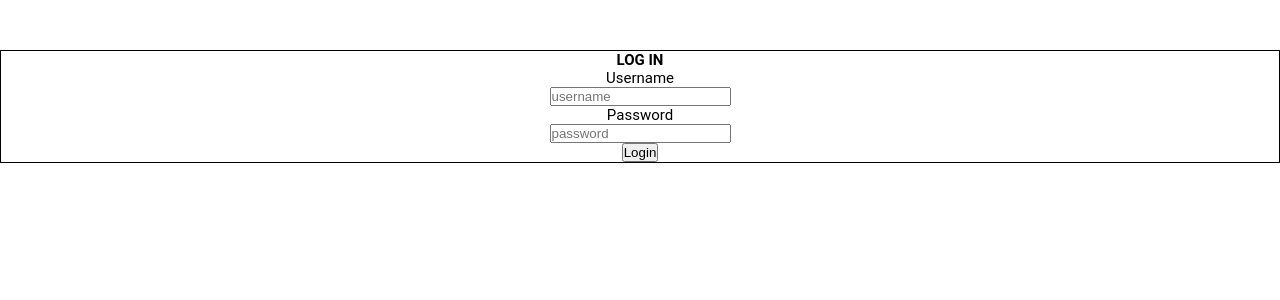
Repository: huyna1707/learning-git
Page: index.html
These files come from the project's save history. The page is drawn as it stood at one moment and after a run of saves; the edit follows.
The browser window is 1280 px wide. The pictures show the whole page.

Above is the page before, as saved 2024-08-09 23:12:57.

### index.html
<!DOCTYPE html>
<html>
<head>
    <title>Form Login</title>
    <link rel="stylesheet" href="style.css">
    <script defer src="main.js"></script>
</head>
<body>
    <form action="menu">
        <h4>LOG IN</h4>
        <label for="username">Username</label>
        <input type="text" placeholder="username" id="username">
        <label for="passworld">Password</label>
        <input type="password" placeholder="password" id="password">
        <button type="submit" onclick="login">Login</button>
    </form>
</body>
</html>

### style.css
*{
    margin: 0;
    padding: 0;
    box-sizing: border-box;
}

html{
    font-size: 15px;
    font-family: 'Roboto', sans-serif;
}

form{
    width: ;
    display: flex;
    flex-direction: column;
    justify-content: center;
    align-items: center;
    margin-top: 50px;
    border: 1px solid black;
}

### main.js
// window.prompt('What is your name?');

After the next 3 saves:
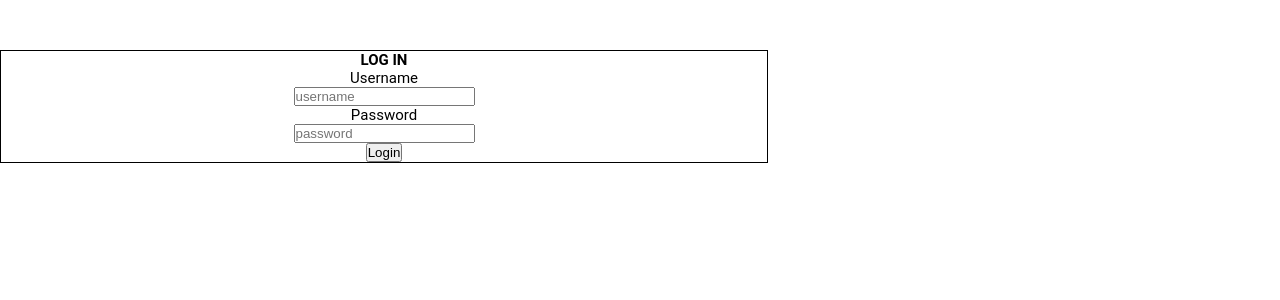
The 3 saves are shown as one change because they came seconds apart.
The last was saved 9 s later.
--- a/style.css
+++ b/style.css
@@ -10,7 +10,8 @@ html{
 }
 
 form{
-    width: ;
+    width: 60vw;
+    height: ;
     display: flex;
     flex-direction: column;
     justify-content: center;
